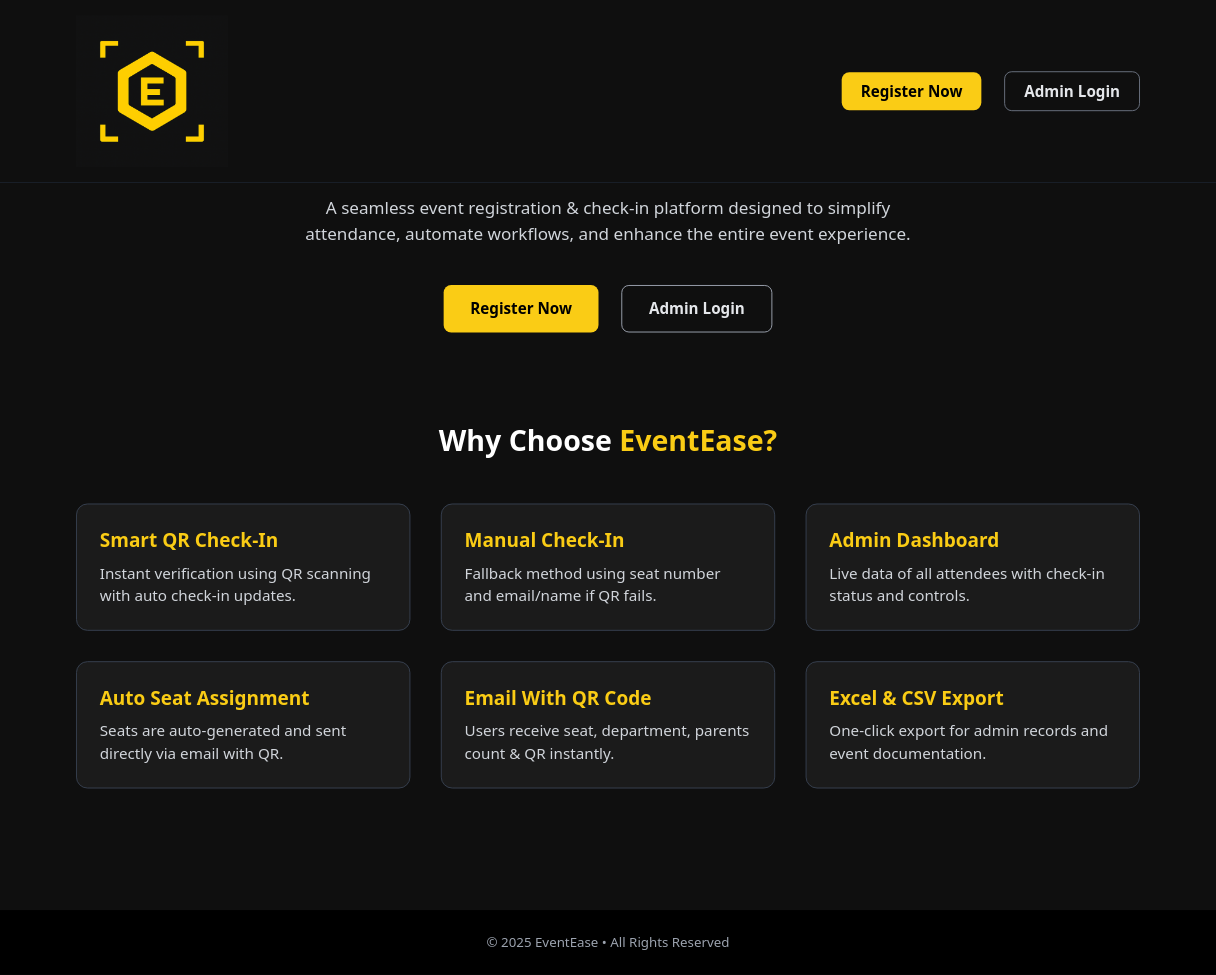
Repository: shravanramakunja/EventEase
Page: http://localhost/
The author's editor kept a copy of each file at every save. The page is drawn from the files as they stood at one save, then again after the next save.
The browser window is 1280 px wide. The pictures show the whole page, at 95% of full size.
Some web libraries are served in a nearby version. The page is served by the project's Node server (server.js). Other server files are loaded and not shown.

Above is the page before, as saved 2025-11-29 17:19:36.

### views/index.ejs
<!DOCTYPE html>
<html lang="en">
<head>
  <meta charset="UTF-8" />
  <title>EventEase – Smart Event Check-In System</title>
  <script src="https://cdn.tailwindcss.com"></script>
</head>

<body class="bg-[#0f0f0f] text-white">

  <!-- NAVBAR -->
  <nav class="w-full bg-[#0f0f0f] border-b border-gray-800 fixed top-0 left-0 z-50">
    <div class="max-w-6xl mx-auto px-4 py-4 flex justify-between items-center">

      <!-- LOGO IMAGE -->
      <a href="/" class="flex items-center gap-3">
        <img src="/uploads/eventease-logo.png"
             alt="EventEase Logo"
             class="h-40 w-auto object-contain">
      </a>

      <!-- DESKTOP MENU -->
      <div class="hidden md:flex items-center gap-6">

        <a href="/register"
          class="bg-yellow-400 text-black px-5 py-2 rounded-lg font-semibold hover:bg-yellow-300 transition">
          Register Now
        </a>

        <a href="/admin"
          class="border border-gray-500 text-gray-200 px-5 py-2 rounded-lg font-semibold hover:bg-gray-800 transition">
          Admin Login
        </a>

      </div>

      <!-- MOBILE MENU BUTTON -->
      <button id="menuBtn" class="md:hidden text-yellow-400 text-3xl">
        ☰
      </button>

    </div>

    <!-- MOBILE MENU DROPDOWN -->
    <div id="mobileMenu" class="hidden bg-[#151515] border-t border-gray-700 md:hidden px-4 py-4 space-y-4">

      <a href="/register"
        class="block bg-yellow-400 text-black text-center px-5 py-2 rounded-lg font-semibold hover:bg-yellow-300 transition">
        Register Now
      </a>

      <a href="/admin"
        class="block border border-gray-500 text-gray-200 text-center px-5 py-2 rounded-lg font-semibold hover:bg-gray-800 transition">
        Admin Login
      </a>

    </div>
  </nav>

  <!-- SPACER (prevents hero from being hidden behind navbar) -->
  <div class="h-20"></div>

  <!-- HERO SECTION -->
  <section class="max-w-6xl mx-auto pt-10 pb-24 text-center px-4">
    <h1 class="text-5xl font-extrabold leading-tight">
      Welcome to <span class="text-yellow-400">EventEase</span>
    </h1>

    <p class="mt-6 text-lg text-gray-300 max-w-2xl mx-auto">
      A seamless event registration & check-in platform designed to simplify attendance,
      automate workflows, and enhance the entire event experience.
    </p>

    <div class="mt-10 flex justify-center gap-6">
      <a href="/register"
        class="bg-yellow-400 text-black font-semibold px-7 py-3 rounded-lg hover:bg-yellow-300 transition">
        Register Now
      </a>

      <a href="/admin"
        class="border border-gray-400 text-gray-200 font-semibold px-7 py-3 rounded-lg hover:bg-gray-800 transition">
        Admin Login
      </a>
    </div>
  </section>

  <!-- FEATURES SECTION -->
  <section class="max-w-6xl mx-auto pb-20 px-4">
    <h2 class="text-3xl font-bold text-center mb-12">
      Why Choose <span class="text-yellow-400">EventEase?</span>
    </h2>

    <div class="grid md:grid-cols-3 gap-8">

      <!-- Feature Card -->
      <div class="bg-[#1b1b1b] border border-gray-700 rounded-xl p-6 hover:scale-105 transition">
        <h3 class="text-xl font-semibold mb-2 text-yellow-400">Smart QR Check-In</h3>
        <p class="text-gray-300">Instant verification using QR scanning with auto check-in updates.</p>
      </div>

      <div class="bg-[#1b1b1b] border border-gray-700 rounded-xl p-6 hover:scale-105 transition">
        <h3 class="text-xl font-semibold mb-2 text-yellow-400">Manual Check-In</h3>
        <p class="text-gray-300">Fallback method using seat number and email/name if QR fails.</p>
      </div>

      <div class="bg-[#1b1b1b] border border-gray-700 rounded-xl p-6 hover:scale-105 transition">
        <h3 class="text-xl font-semibold mb-2 text-yellow-400">Admin Dashboard</h3>
        <p class="text-gray-300">Live data of all attendees with check-in status and controls.</p>
      </div>

      <div class="bg-[#1b1b1b] border border-gray-700 rounded-xl p-6 hover:scale-105 transition">
        <h3 class="text-xl font-semibold mb-2 text-yellow-400">Auto Seat Assignment</h3>
        <p class="text-gray-300">Seats are auto-generated and sent directly via email with QR.</p>
      </div>

      <div class="bg-[#1b1b1b] border border-gray-700 rounded-xl p-6 hover:scale-105 transition">
        <h3 class="text-xl font-semibold mb-2 text-yellow-400">Email With QR Code</h3>
        <p class="text-gray-300">Users receive seat, department, parents count & QR instantly.</p>
      </div>

      <div class="bg-[#1b1b1b] border border-gray-700 rounded-xl p-6 hover:scale-105 transition">
        <h3 class="text-xl font-semibold mb-2 text-yellow-400">Excel & CSV Export</h3>
        <p class="text-gray-300">One-click export for admin records and event documentation.</p>
      </div>

    </div>
  </section>

  <!-- FOOTER -->
  <footer class="bg-black py-6 mt-12">
    <p class="text-center text-gray-400 text-sm">
      © <%= new Date().getFullYear() %> EventEase • All Rights Reserved
    </p>
  </footer>

  <!-- MOBILE MENU JS -->
  <script>
    const btn = document.getElementById("menuBtn");
    const menu = document.getElementById("mobileMenu");

    btn.addEventListener("click", () => {
      menu.classList.toggle("hidden");
    });
  </script>

</body>
</html>

### server.js
// server.js

require("dotenv").config();
const express = require("express");
const path = require("path");
const session = require("express-session");
const bodyParser = require("body-parser");

const userRoutes = require("./routes/userRoutes");
const adminRoutes = require("./routes/adminRoutes");
const checkinRoutes = require("./routes/checkinRoutes");
const connectDB = require("./config/db");

const app = express();

// =====================
//  CONNECT DATABASE
// =====================
connectDB();

// =====================
//  MIDDLEWARE
// =====================
app.use(bodyParser.urlencoded({ extended: true }));
app.use(bodyParser.json());
app.use(express.json());
app.use(express.static(path.join(__dirname, "public")));

app.use(
  session({
    secret: process.env.SESSION_SECRET || "somesecretkey",
    resave: false,
    saveUninitialized: false,
    cookie: { maxAge: 24 * 60 * 60 * 1000 }
  })
);

// =====================
//  VIEW ENGINE
// =====================
app.set("view engine", "ejs");
app.set("views", path.join(__dirname, "views"));

// =====================
//  ROUTES
// =====================
app.use("/", userRoutes);
app.use("/admin", adminRoutes);
app.use("/checkin", checkinRoutes);
app.use("/checkin", require("./routes/checkinRoutes"));

// =====================
//  START SERVER
// =====================
const PORT = process.env.PORT || 5000;
app.listen(PORT, () => {
  console.log(`🚀 Server running on http://localhost:${PORT}`);
});

### routes/userRoutes.js
const express = require("express");
const router = express.Router();
const userController = require("../controllers/userController");

// Landing Page (Home)
router.get("/", (req, res) => {
  res.render("index");
});

// Show Registration Form
router.get("/register", (req, res) => {
  res.render("register");  // This is the new register.ejs
});

// Handle Registration Submit
router.post("/register", userController.registerUser);

// Success Page
router.get("/success", (req, res) => {
  res.render("success");
});

module.exports = router;

After the next save:
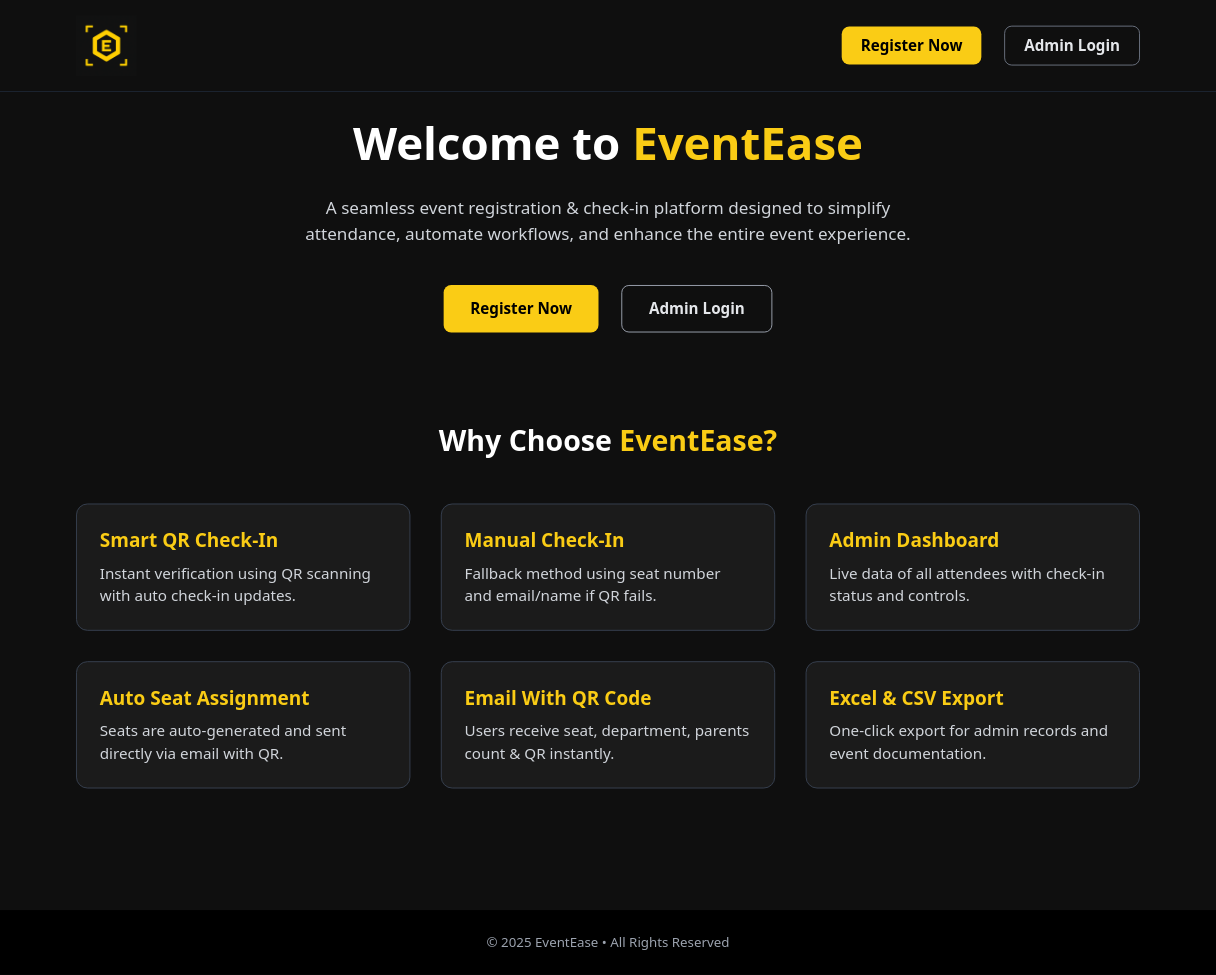
Saved 77 s later.
--- a/views/index.ejs
+++ b/views/index.ejs
@@ -16,7 +16,7 @@
       <a href="/" class="flex items-center gap-3">
         <img src="/uploads/eventease-logo.png"
              alt="EventEase Logo"
-             class="h-40 w-auto object-contain">
+             class="h-16 w-auto object-contain">
       </a>
 
       <!-- DESKTOP MENU -->
